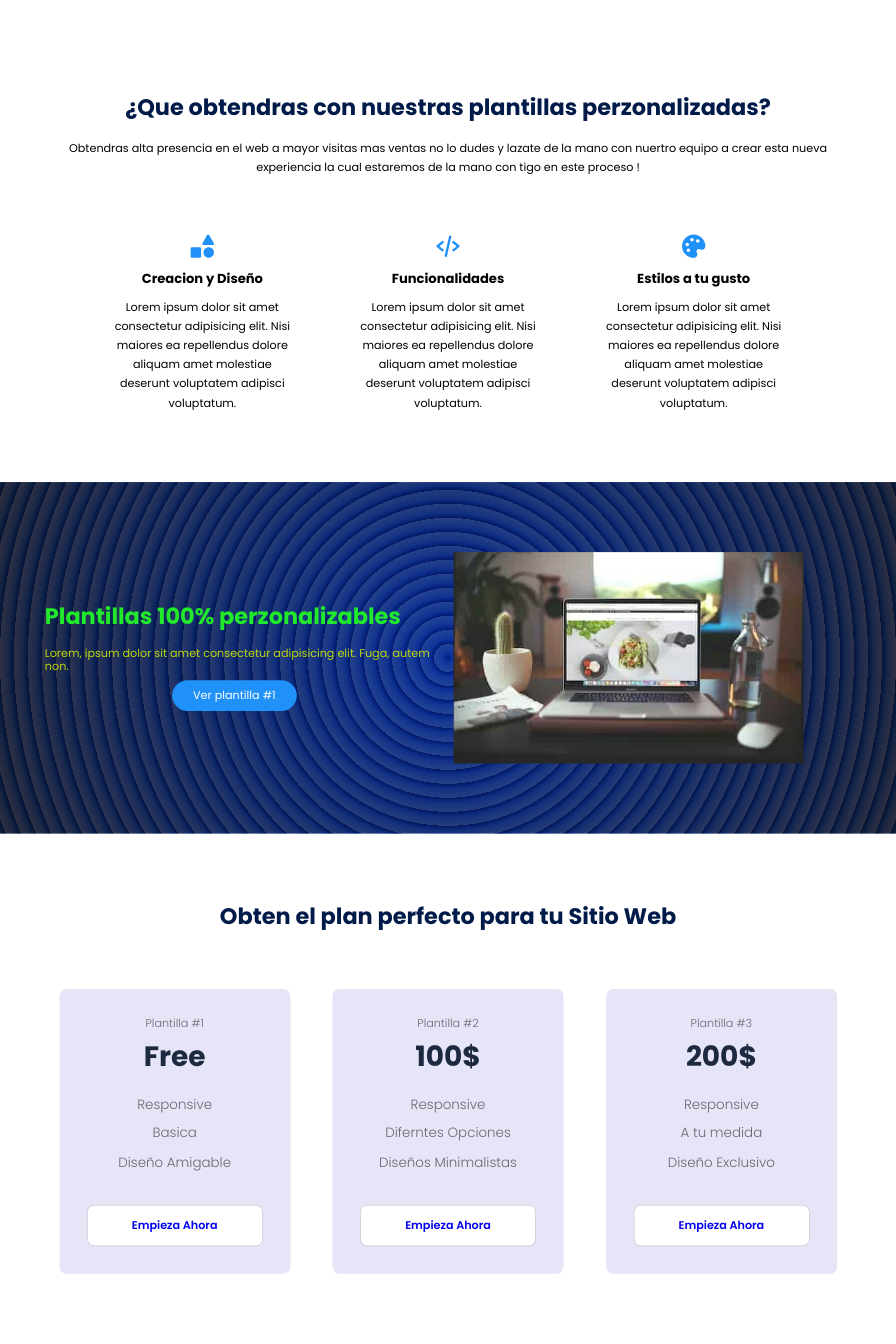
Repository: cega17/una-pagina-web
Page: index.html
These files come from the project's save history. The page is drawn as it stood at one moment and after the next save; the edit follows.
The browser window is 1280 px wide. The pictures show the part of the page from y = 684 to 2604 px (the page is 2604 px tall), at 70% of full size.

Above is the page before, as saved 2023-10-30 13:46:50.

### index.html
<!DOCTYPE html>
<html lang="en">
<head>
    <meta charset="UTF-8">
    <meta http-equiv="X-UA-Compatible" content="IE=edge">
    <meta name="viewport" content="width=device-width, initial-scale=1.0">
    <title>Una pagina web</title>
    <link rel="stylesheet" href="./css/normalize.css">
    <link rel="stylesheet" href="./css/styles.css">
    <link rel="icon" href="./imgs/logo.ico">
    <meta name="theme-color" content="#2091F9">

    <meta name="title" content="Obten la plantilla para tu negocio">
    <meta name="description"
        content="Hola, somos un equipo de desarrollo web que verás cuando busques algo de mi temática en Google.">
        <meta property="og:type" content="website">
    <meta property="og:url" content="Tu cueta donde este alojada la pagina web">

</head>
<body>

    <header class="hero">
        <nav class="nav container">
            <div class="nav__logo">
                <img src="./imgs/logo.ico" alt="" class="nav__title">
            </div>

            <ul class="nav__link nav__link--menu">
                <li class="nav__items">Inicio</li>
                <li class="nav__items">Acerca de</li>
                <li class="nav__items">Contacto</li>
                <li class="nav__items">Blog</li>

                <img src="./imgs/close.svg" alt="" class="nav__close">

            </ul>
            <div class="nav__menu">
                <img src="./imgs/menu.svg" alt="" class="nav__img">
            </div>
        </nav>

        <section class="hero__container container">
            <h1 class="hero__title">Adquiere tu plantilla a el mejor precio</h1>
            <p class="hero__paragraph">Elige una de nuestras plantillas y no te arrepentiras hazloo ya</p>
            <a href="#" class="cta">Obtener ahora</a>

        </section>

    </header>

    <main>

        <section class="container about">
            <h2 class="subtitle">¿Que obtendras con nuestras plantillas perzonalizadas?</h2>

            <p class="about__paragraph">Obtendras alta presencia en el web a mayor visitas mas ventas no lo dudes y lazate de la mano con nuertro equipo a crear esta nueva experiencia la cual estaremos de la mano con tigo en este proceso !
            </p>

            <div class="about__main">

                <article class="about__icons">
                    <img src="./imgs/shapes.svg" alt="" class="about__icon">
                    <h3 class="about__title">Creacion y Diseño</h3>
                    <p class="about__paragraph">Lorem ipsum dolor sit amet consectetur adipisicing elit. Nisi maiores ea repellendus dolore aliquam amet molestiae deserunt voluptatem adipisci voluptatum.</p>
                </article>

                <article class="about__icons">
                    <img src="./imgs/code.svg" alt="" class="about__icon">
                    <h3 class="about__title">Funcionalidades</h3>
                    <p class="about__paragraph">Lorem ipsum dolor sit amet consectetur adipisicing elit. Nisi maiores ea repellendus dolore aliquam amet molestiae deserunt voluptatem adipisci voluptatum.</p>
                </article>

                <article class="about__icons">
                    <img src="./imgs/paint.svg" alt="" class="about__icon">
                    <h3 class="about__title">Estilos a tu gusto </h3>
                    <p class="about__paragraph">Lorem ipsum dolor sit amet consectetur adipisicing elit. Nisi maiores ea repellendus dolore aliquam amet molestiae deserunt voluptatem adipisci voluptatum.</p>
                </article>

            </div>
        </section>

        <section class="knowledge">
            <div class="knowledge__container container">
                <div class="knowledge__texts">
                    <h2 class="subtitle__knowledge">Plantillas 100% perzonalizables</h2>
                    <p class="knowledge__paragraph2">Lorem, ipsum dolor sit amet consectetur adipisicing elit. Fuga, autem non.</p>
                    <a href="" class="cta__knowledge">Ver plantilla #1</a>
                </div>
                <figure class="knowledge__picture">
                    <img src="./imgs/fondo-una-pagina.jpg" class="knowledge__img" alt="">
                </figure>
            </div>
        </section>

        <section class="price container">
            <h2 class="subtitle">Obten el plan perfecto para tu Sitio Web</h2>

            <div class="price__table">

                <div class="price__element">
                    <p class="price__name">Plantilla #1</p>
                    <h3 class="price__price">Free</h3>

                    <div class="price__items">
                        <p class="price__features">Responsive</p>
                        <p class="price__features">Basica</p>
                        <p class="price__features">Diseño Amigable</p>
                    </div>

                    <a href="#" class="price__cta">Empieza Ahora</a>
                </div>


                <div class="price__element">
                    <p class="price__name">Plantilla #2</p>
                    <h3 class="price__price">100$</h3>

                    <div class="price__items">
                        <p class="price__features">Responsive</p>
                        <p class="price__features">Diferntes Opciones</p>
                        <p class="price__features">Diseños Minimalistas</p>
                    </div>

                    <a href="#" class="price__cta">Empieza Ahora</a>
                </div>


                <div class="price__element">
                    <p class="price__name">Plantilla #3</p>
                    <h3 class="price__price">200$</h3>

                    <div class="price__items">
                        <p class="price__features">Responsive</p>
                        <p class="price__features">A tu medida</p>
                        <p class="price__features">Diseño Exclusivo</p>
                    </div>

                    <a href="#" class="price__cta">Empieza Ahora</a>
                </div>
            </div>
        </section>


    </main>

</body>
</html>

### css/styles.css
@import url('https://fonts.googleapis.com/css2?family=Poppins:wght@300;400;600;700&display=swap');

:root {
    --padding-container: 100px 0;
    --color-title: #001A49;
}

body {
    font-family: 'Poppins', sans-serif;
}
.container{
    width: 90%;
    max-width: 1200px;
    margin: 0 auto;
    overflow: hidden;
    padding: var(--padding-container);
}

.hero{

    width: 100%;
    height: 100vh;
    min-height: 600px;
    max-height: 800px;
    position: relative;
    display: grid;
    grid-template-rows: 100px 1fr;
    color: #fff;
}

.hero::before{
    content: "";
    position: absolute;
    top: 0;
    left: 0;
    width: 100%;
    height: 100%;
    background-image: linear-gradient(180deg, #0000008c 0%, #0000008c 100%), url('../imgs/fondo-una-pagina.jpg');
    background-size: cover;
    clip-path: polygon(0 0, 100% 0, 100% 80%, 50% 92%, 0 80%);
    z-index: -1;
}

/* Inicio de nav*/

.nav{
    --padding-container:0;
    height: 100%;
    display:flex;
    align-items: center;
}
.nav__title{
    font-weight: 300;
}

.nav__link{
    margin-left: auto;
    padding: 0;
    display: grid;
    grid-auto-flow: column;
    grid-auto-columns: max-content;
    gap: 2em;
}
.nav__items{
    list-style: none;
}
.nav__links{
    color:#fff;
    text-decoration: none;
}
.nav__menu{
    margin-left: auto;
    cursor: pointer;
    display:none;
}
.nav__img{
    display: block;
    width: 30px;
}
.nav__close{
    display: var(--show, none);
}

/* fin de nav */

/* Inicio hero container */

.hero__container{
    max-width: 800px;
    --padding-container:0;
    display: grid;
    grid-auto-rows: max-content;
    align-content: center;
    gap: 1em;
    padding-bottom: 100px;
    text-align: center;
}
.nav__logo{
    background:linear-gradient(180deg, #4441418c 0%, #aeaaaa84 100%);
    border-radius:15px;


}
.hero__title{
    font-size: 3rem;

}
.hero__paragraph{
    margin-bottom: 20px;

}
.cta{
    display: inline-block;
    background-color: #2091f9;
    justify-self: center;
    color:#fff;
    text-decoration: none;
    padding:13px 30px ;
    border-radius: 32px;

}
.cta:hover{
    display: inline-block;
    background-color: #d4d5d6;
    justify-self: center;
    color:#f406bd;
    text-decoration: none;
    padding:13px 30px ;
    border-radius: 32px;
}

/* Inicio about */

.about{
    text-align: center;
}
.subtitle{
    color: var( --color-title);
    font-size: 2rem;
    margin-bottom: 25px;
}
.about__paragraph{
    line-height: 1.7;
}
.about__main{
    padding-top: 80px;
    display: grid;
    width: 90%;
    margin: 0 auto;
    gap: 1em;
    overflow: hidden;
    grid-template-columns: repeat(auto-fit, minmax(260px, auto));
}
.about__icons{
    display: grid;
    gap: 1em;
    justify-items: center;
    width: 260px;
    overflow: hidden;
    margin: 0 auto;
}
.about__icon{
    width: 40px;
}

/* Fin about */

/* Inicio knowledge */

.knowledge{
    background-color: #8383a1;
    background-image: radial-gradient(circle at center center, #3d86fc, #5a5a63), repeating-radial-gradient(circle at center center, #1e5fba, #44a9f7, 10px, transparent 20px, transparent 10px);
    background-blend-mode: multiply;
    overflow: hidden;
}

.knowledge__container{
    display: grid;
    grid-template-columns: 1fr 1fr;
    gap: 1em;
    align-items:center;


}
.subtitle__knowledge{
    color: rgb(33, 233, 43);

    font-size: 2rem;
    margin-bottom: 25px;
}
.knowledge__paragraph2{
    color: rgb(189, 216, 14);
    padding-bottom: 10px;
}
.knowledge__picture{
    max-width: 500px;
}
.knowledge__img{
    width: 100%;
    display: block;
}
.cta__knowledge{
    display: inline-block;
    background-color: #2091f9;
    justify-self: center;
    color:#fff;
    text-decoration: none;
    padding:13px 30px ;
    border-radius: 32px;
    margin-left: 32%;

}
.cta__knowledge:hover{
    display: inline-block;
    background-color: #151617;
    justify-self: center;
    color:#f45506;
    text-decoration: none;
    padding:13px 30px ;
    border-radius: 32px;
}

/* Fin knowledge */

/* Inicio Price */

.price{
    text-align: center;
}
.price__table{
    padding-top: 60px;
    display: flex;
    flex-wrap: wrap;
    gap: 2.5em;
    justify-content: space-evenly;
    align-items:center;

}
.price__element{
    background-color:#e5e5f7;
    text-align: center;
    border-radius:10px;
    width: 330px;
    padding: 40px;
    --color-plan:#696871;
    --color-price:#1d293f;
    --bg-cta:#fff;
    --color-items:#696871;
}
.price__element--best{

    background-color:#ff7143;
    --color-plan:rgb(255 255 255 / 75%);
    --color-price:#1d293f;
    --bg-cta:#fff;
    --color-items:#696871;
}
.price__name{
    color:var(--color-plan);
    margin-bottom: 15px;
    font-weight: 300;
}
.price__price{
    font-size: 2.5rem;
    color: var(--color-price);
}
.price__items{
    margin-top: 35px;
    display: grid;
    gap: 1em;
    font-weight: 300;
    font-size: 1.2rem;
    margin-bottom: 50px;
    color: var(--color-items);
    }
.price__cta{
    display: block;
    padding: 20px 0;
    border-radius:10px;
    text-decoration: none;
    background-color:var(--bg-cta);
    font-weight: 600;
    box-shadow: 0 0 1px rgba(0, 0, 0, .5);
}

### imgs/close.svg
<svg xmlns="http://www.w3.org/2000/svg" width="24" height="24" viewBox="0 0 24 24" style="fill: #fff);transform: ;msFilter:;"><path d="M12 2C6.486 2 2 6.486 2 12s4.486 10 10 10 10-4.486 10-10S17.514 2 12 2zm4.207 12.793-1.414 1.414L12 13.414l-2.793 2.793-1.414-1.414L10.586 12 7.793 9.207l1.414-1.414L12 10.586l2.793-2.793 1.414 1.414L13.414 12l2.793 2.793z"></path></svg>

### imgs/menu.svg
<svg xmlns="http://www.w3.org/2000/svg" width="24" height="24" viewBox="0 0 24 24" style="fill: #fff);transform: ;msFilter:;"><path d="M4 6h16v2H4zm4 5h12v2H8zm5 5h7v2h-7z"></path></svg>

### imgs/shapes.svg
<svg xmlns="http://www.w3.org/2000/svg" width="24" height="24" viewBox="0 0 24 24" style="fill: #2091f9;transform: ;msFilter:;"><path d="M17.867 2.504c-.355-.624-1.381-.623-1.736 0l-3.999 7A1 1 0 0 0 13 11h8a1.001 1.001 0 0 0 .868-1.496l-4.001-7zM3 22h7a1 1 0 0 0 1-1v-7a1 1 0 0 0-1-1H3a1 1 0 0 0-1 1v7a1 1 0 0 0 1 1zm14.5-9c-2.481 0-4.5 2.019-4.5 4.5s2.019 4.5 4.5 4.5 4.5-2.019 4.5-4.5-2.019-4.5-4.5-4.5z"></path></svg>

### imgs/code.svg
<svg xmlns="http://www.w3.org/2000/svg" width="24" height="24" viewBox="0 0 24 24" style="fill:  #2091f9;transform: ;msFilter:;"><path d="m7.375 16.781 1.25-1.562L4.601 12l4.024-3.219-1.25-1.562-5 4a1 1 0 0 0 0 1.562l5 4zm9.25-9.562-1.25 1.562L19.399 12l-4.024 3.219 1.25 1.562 5-4a1 1 0 0 0 0-1.562l-5-4zm-1.649-4.003-4 18-1.953-.434 4-18z"></path></svg>

### imgs/paint.svg
<svg xmlns="http://www.w3.org/2000/svg" width="24" height="24" viewBox="0 0 24 24" style="fill:  #2091f9;transform: ;msFilter:;"><path d="M9.38 21.646A9.985 9.985 0 0 0 12 22l.141-.001a2.998 2.998 0 0 0 2.515-1.425c.542-.876.6-1.953.153-2.88l-.198-.415c-.453-.942-.097-1.796.388-2.281.485-.485 1.341-.841 2.28-.388h.001l.413.199a2.99 2.99 0 0 0 2.881-.153A2.997 2.997 0 0 0 22 12.141a9.926 9.926 0 0 0-.353-2.76c-1.038-3.827-4.353-6.754-8.246-7.285-3.149-.427-6.241.602-8.471 2.833S1.666 10.247 2.096 13.4c.53 3.894 3.458 7.208 7.284 8.246zM15.5 6a1.5 1.5 0 1 1 0 3 1.5 1.5 0 0 1 0-3zm-5-1a1.5 1.5 0 1 1 0 3 1.5 1.5 0 0 1 0-3zM9 15.506a1.5 1.5 0 1 1-3 0 1.5 1.5 0 0 1 3 0zm-2.5-6.5a1.5 1.5 0 1 1-.001 3.001A1.5 1.5 0 0 1 6.5 9.006z"></path></svg>

Loaded but not shown: css/normalize.css (library)

After the next save:
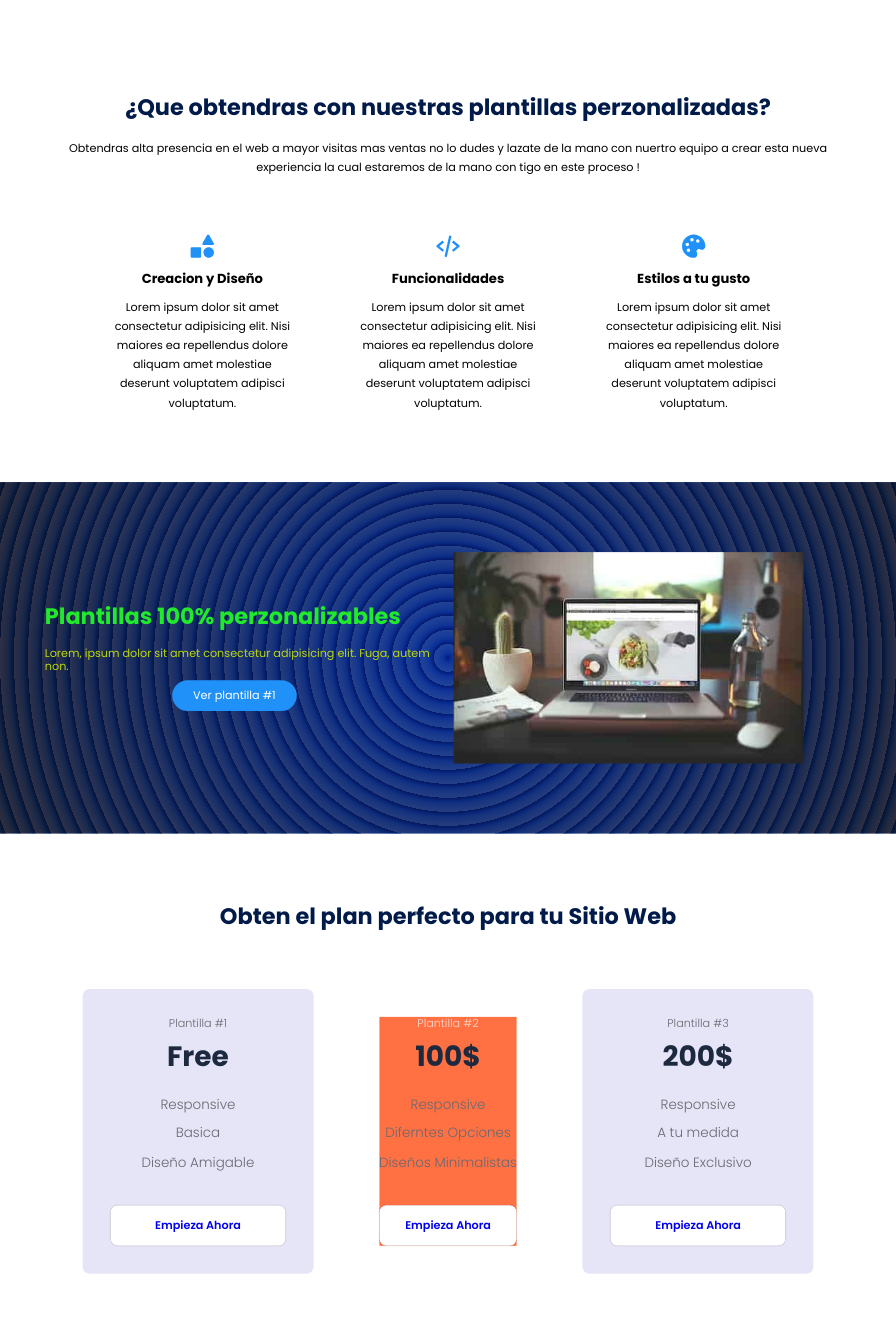
Saved 86 s later.
--- a/index.html
+++ b/index.html
@@ -111,7 +111,7 @@
                 </div>
 
 
-                <div class="price__element">
+                <div class="price__element--best">
                     <p class="price__name">Plantilla #2</p>
                     <h3 class="price__price">100$</h3>
 
